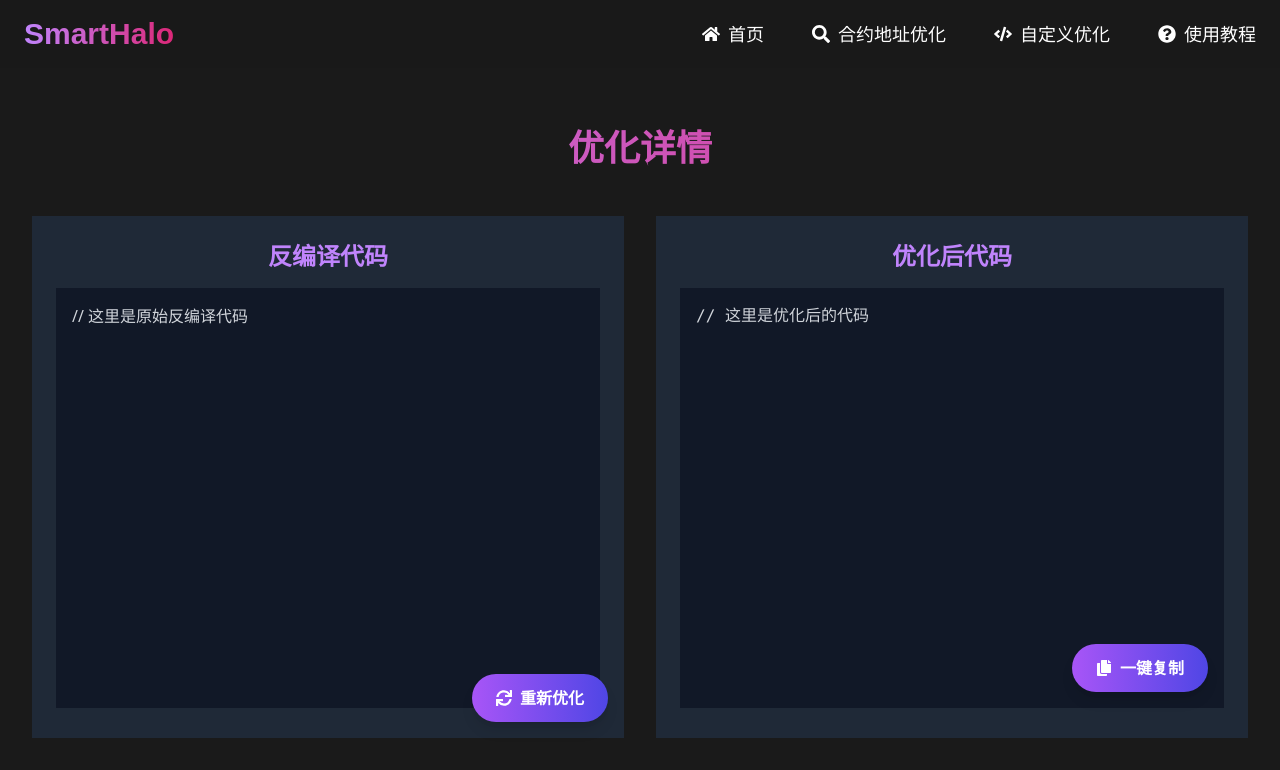
Repository: RunnerQuan/smart-halo
Page: /optimization-details
These files come from the project's save history. The page is drawn as it stood at one moment and after the next save; the edit follows.
The browser window is 1280 px wide. The pictures show the whole page.
The project was rebuilt for these pictures with package versions that can differ from the ones it lists, and the page was loaded fresh each time. The framework's server and built-in components were replaced by stand-ins that run in the browser. Also part of the build but not shown: next.config.mjs.

Above is the page before, as saved 2024-10-18 14:45:02.

### app/optimization-details/page.tsx
"use client";

import { useState } from 'react';
import { motion } from 'framer-motion';
import AnimatedButton from '../../components/ui/animated-button';
import Navbar from '../../components/Navbar';
import { FaCopy, FaSync } from 'react-icons/fa';

export default function OptimizationDetails() {
  const [isCopied, setIsCopied] = useState(false);
  const [originalCode, setOriginalCode] = useState('// 这里是原始反编译代码');
  const [optimizedCode, setOptimizedCode] = useState('// 这里是优化后的代码');

  const handleCopy = () => {
    navigator.clipboard.writeText(optimizedCode);
    setIsCopied(true);
    setTimeout(() => setIsCopied(false), 2000);
  };

  const handleReoptimize = () => {
    // 这里应该是重新优化的逻辑
    console.log("重新优化");
  };

  return (
    <main className="flex min-h-screen flex-col items-center justify-start p-8 bg-[#1A1A1A] text-white font-sans">
      <Navbar />
      <div className="mt-24 w-full max-w-7xl mx-auto">
        <motion.h1
          className="text-4xl font-bold mb-12 text-center text-transparent bg-clip-text bg-gradient-to-r from-purple-400 to-pink-600"
          initial={{ opacity: 0, y: -50 }}
          animate={{ opacity: 1, y: 0 }}
          transition={{ duration: 0.5 }}
        >
          优化详情
        </motion.h1>

        <div className="w-full flex flex-col md:flex-row space-y-8 md:space-y-0 md:space-x-8">
          <motion.div
            className="flex-1 bg-gray-800 rounded-lg p-6 relative"
            initial={{ opacity: 0, x: -50 }}
            animate={{ opacity: 1, x: 0 }}
            transition={{ duration: 0.5, delay: 0.2 }}
          >
            <h2 className="text-2xl font-semibold mb-4 text-purple-400 text-center">反编译代码</h2>
            <textarea
              className="w-full h-[calc(100vh-300px)] bg-gray-900 text-gray-300 p-4 rounded-lg focus:outline-none focus:ring-2 focus:ring-purple-500"
              value={originalCode}
              onChange={(e) => setOriginalCode(e.target.value)}
            ></textarea>
            <div className="absolute bottom-4 right-4">
              <AnimatedButton onClick={handleReoptimize} className="flex items-center">
                <FaSync className="mr-2" />
                重新优化
              </AnimatedButton>
            </div>
          </motion.div>

          <motion.div
            className="flex-1 bg-gray-800 rounded-lg p-6"
            initial={{ opacity: 0, x: 50 }}
            animate={{ opacity: 1, x: 0 }}
            transition={{ duration: 0.5, delay: 0.4 }}
          >
            <h2 className="text-2xl font-semibold mb-4 text-purple-400 text-center">优化后代码</h2>
            <div className="relative">
              <pre className="w-full h-[calc(100vh-300px)] bg-gray-900 text-gray-300 p-4 rounded-lg overflow-auto">
                {optimizedCode}
              </pre>
              <div className="absolute bottom-4 right-4">
                <AnimatedButton onClick={handleCopy} className="flex items-center">
                  <FaCopy className="mr-2" />
                  一键复制
                </AnimatedButton>
              </div>
            </div>
          </motion.div>
        </div>

        {isCopied && (
          <motion.div
            className="fixed bottom-8 right-8 bg-green-500 text-white px-4 py-2 rounded-lg shadow-lg"
            initial={{ opacity: 0, y: 50 }}
            animate={{ opacity: 1, y: 0 }}
            exit={{ opacity: 0, y: 50 }}
          >
            优化后代码已复制到剪贴板
          </motion.div>
        )}
      </div>
    </main>
  );
}

### app/globals.css
@import url('https://fonts.googleapis.com/css2?family=Roboto:wght@300;400;500;700&display=swap');

@tailwind base;
@tailwind components;
@tailwind utilities;

:root {
  --foreground-rgb: 255, 255, 255;
  --background-start-rgb: 42, 42, 42;
  --background-end-rgb: 42, 42, 42;
}

body {
  color: rgb(var(--foreground-rgb));
  background: linear-gradient(
      to bottom,
      transparent,
      rgb(var(--background-end-rgb))
    )
    rgb(var(--background-start-rgb));
  font-family: 'Roboto', sans-serif;
}

### components/ui/animated-button.tsx
import React from 'react';

interface AnimatedButtonProps extends React.ButtonHTMLAttributes<HTMLButtonElement> {
  children: React.ReactNode;
}

const AnimatedButton: React.FC<AnimatedButtonProps> = ({ children, className, ...props }) => {
  return (
    <button
      className={`
        px-6 py-3 rounded-full text-white font-semibold
        bg-gradient-to-r from-purple-500 to-indigo-600
        hover:from-purple-600 hover:to-indigo-700
        transform hover:scale-105 transition duration-300 ease-in-out
        focus:outline-none focus:ring-2 focus:ring-purple-500 focus:ring-opacity-50
        shadow-lg hover:shadow-xl
        ${className}
      `}
      {...props}
    >
      {children}
    </button>
  );
};

export default AnimatedButton;

### components/Navbar.tsx
import Link from "next/link";
import { FaHome, FaCode, FaSearch, FaQuestionCircle } from 'react-icons/fa';

const navItems = [
  { name: '首页', href: '/', icon: <FaHome className="mr-2" /> },
  { name: '合约地址优化', href: '/contract-optimization', icon: <FaSearch className="mr-2" /> },
  { name: '自定义优化', href: '/custom-optimization', icon: <FaCode className="mr-2" /> },
  { name: '使用教程', href: '/help', icon: <FaQuestionCircle className="mr-2" /> },
];

export default function Navbar() {
  return (
    <nav className="fixed top-0 left-0 right-0 z-10 bg-[#1A1A1A] bg-opacity-80 backdrop-filter backdrop-blur-lg">
      <div className="container mx-auto px-6 py-4 flex justify-between items-center">
        <Link href="/" className="flex items-center">
          <span className="text-3xl font-bold bg-clip-text text-transparent bg-gradient-to-r from-purple-400 to-pink-600 font-tech">
            SmartHalo
          </span>
        </Link>
        <div className="hidden md:flex items-center space-x-12 text-lg">
          {navItems.map((item) => (
            <Link key={item.name} href={item.href} className="flex items-center">
              <span className="flex items-center">
                {item.icon}
                {item.name}
              </span>
            </Link>
          ))}
        </div>
      </div>
    </nav>
  );
}

### tailwind.config.js
module.exports = {
    darkMode: ['class'],
    content: [
    './pages/**/*.{js,ts,jsx,tsx,mdx}',
    './components/**/*.{js,ts,jsx,tsx,mdx}',
    './app/**/*.{js,ts,jsx,tsx,mdx}',
  ],
  theme: {
  	extend: {
  		fontFamily: {
  			harmonyos: ['HarmonyOS Sans', 'sans-serif'],
  			song: ['Noto Serif SC', 'serif'],
  			'noto-sans': ['Noto Sans SC', 'sans-serif'],
  			'tech': ['Orbitron', 'sans-serif']
  		},
  		backgroundImage: {
  			'gradient-radial': 'radial-gradient(var(--tw-gradient-stops))',
  			'gradient-conic': 'conic-gradient(from 180deg at 50% 50%, var(--tw-gradient-stops))'
  		},
  		borderRadius: {
  			lg: 'var(--radius)',
  			md: 'calc(var(--radius) - 2px)',
  			sm: 'calc(var(--radius) - 4px)'
  		},
  		colors: {
  			background: 'hsl(var(--background))',
  			foreground: 'hsl(var(--foreground))',
  			card: {
  				DEFAULT: 'hsl(var(--card))',
  				foreground: 'hsl(var(--card-foreground))'
  			},
  			popover: {
  				DEFAULT: 'hsl(var(--popover))',
  				foreground: 'hsl(var(--popover-foreground))'
  			},
  			primary: {
  				DEFAULT: 'hsl(var(--primary))',
  				foreground: 'hsl(var(--primary-foreground))'
  			},
  			secondary: {
  				DEFAULT: 'hsl(var(--secondary))',
  				foreground: 'hsl(var(--secondary-foreground))'
  			},
  			muted: {
  				DEFAULT: 'hsl(var(--muted))',
  				foreground: 'hsl(var(--muted-foreground))'
  			},
  			accent: {
  				DEFAULT: 'hsl(var(--accent))',
  				foreground: 'hsl(var(--accent-foreground))'
  			},
  			destructive: {
  				DEFAULT: 'hsl(var(--destructive))',
  				foreground: 'hsl(var(--destructive-foreground))'
  			},
  			border: 'hsl(var(--border))',
  			input: 'hsl(var(--input))',
  			ring: 'hsl(var(--ring))',
  			chart: {
  				'1': 'hsl(var(--chart-1))',
  				'2': 'hsl(var(--chart-2))',
  				'3': 'hsl(var(--chart-3))',
  				'4': 'hsl(var(--chart-4))',
  				'5': 'hsl(var(--chart-5))'
  			}
  		},
  		animation: {
  			pulse: 'pulse var(--duration) ease-out infinite'
  		},
  		keyframes: {
  			pulse: {
  				'0%, 100%': {
  					boxShadow: '0 0 0 0 var(--pulse-color)'
  				},
  				'50%': {
  					boxShadow: '0 0 0 8px var(--pulse-color)'
  				}
  			}
  		}
  	}
  },
  plugins: [require("tailwindcss-animate")],
}

Loaded but not shown: app/layout.tsx (common file)

After the next save:
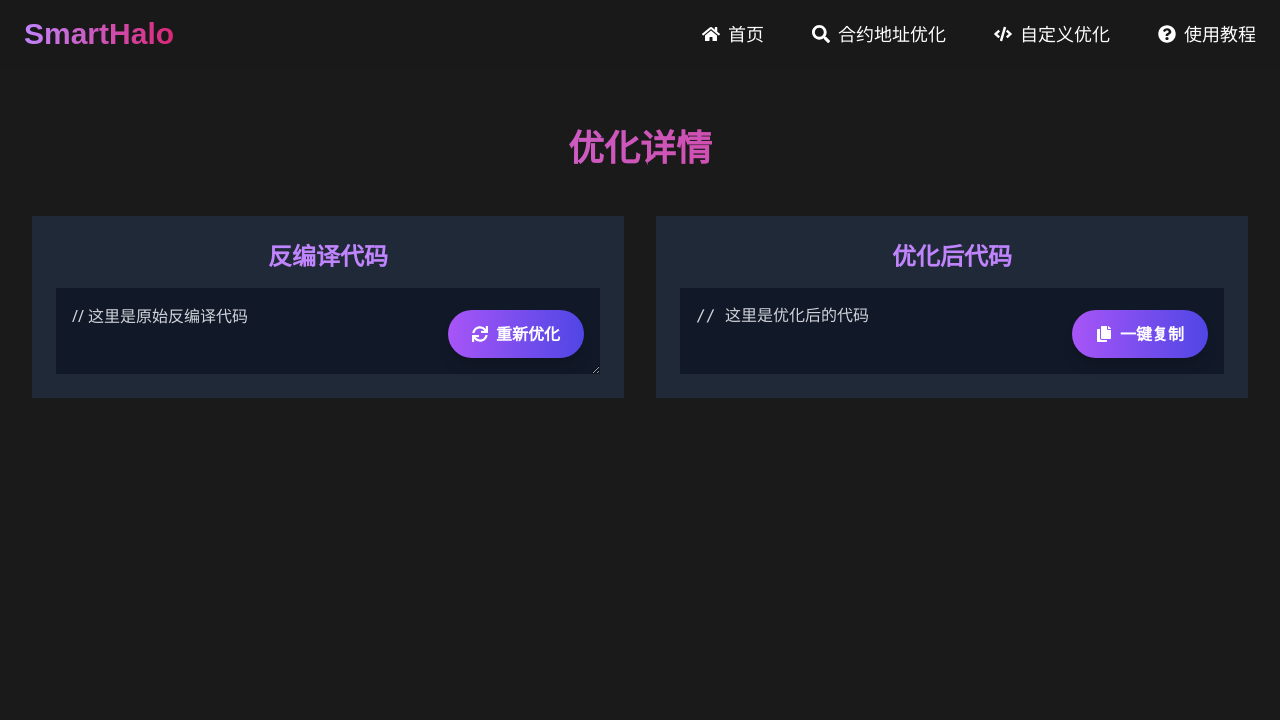
Saved 68 s later.
--- a/app/optimization-details/page.tsx
+++ b/app/optimization-details/page.tsx
@@ -1,3 +1,97 @@
+// "use client";
+
+// import { useState } from 'react';
+// import { motion } from 'framer-motion';
+// import AnimatedButton from '../../components/ui/animated-button';
+// import Navbar from '../../components/Navbar';
+// import { FaCopy, FaSync } from 'react-icons/fa';
+
+// export default function OptimizationDetails() {
+//   const [isCopied, setIsCopied] = useState(false);
+//   const [originalCode, setOriginalCode] = useState('// 这里是原始反编译代码');
+//   const [optimizedCode, setOptimizedCode] = useState('// 这里是优化后的代码');
+
+//   const handleCopy = () => {
+//     navigator.clipboard.writeText(optimizedCode);
+//     setIsCopied(true);
+//     setTimeout(() => setIsCopied(false), 2000);
+//   };
+
+//   const handleReoptimize = () => {
+//     // 这里应该是重新优化的逻辑
+//     console.log("重新优化");
+//   };
+
+//   return (
+//     <main className="flex min-h-screen flex-col items-center justify-start p-8 bg-[#1A1A1A] text-white font-sans">
+//       <Navbar />
+//       <div className="mt-24 w-full max-w-7xl mx-auto">
+//         <motion.h1
+//           className="text-4xl font-bold mb-12 text-center text-transparent bg-clip-text bg-gradient-to-r from-purple-400 to-pink-600"
+//           initial={{ opacity: 0, y: -50 }}
+//           animate={{ opacity: 1, y: 0 }}
+//           transition={{ duration: 0.5 }}
+//         >
+//           优化详情
+//         </motion.h1>
+
+//         <div className="w-full flex flex-col md:flex-row space-y-8 md:space-y-0 md:space-x-8">
+//           <motion.div
+//             className="flex-1 bg-gray-800 rounded-lg p-6 relative"
+//             initial={{ opacity: 0, x: -50 }}
+//             animate={{ opacity: 1, x: 0 }}
+//             transition={{ duration: 0.5, delay: 0.2 }}
+//           >
+//             <h2 className="text-2xl font-semibold mb-4 text-purple-400 text-center">反编译代码</h2>
+//             <textarea
+//               className="w-full h-[calc(100vh-300px)] bg-gray-900 text-gray-300 p-4 rounded-lg focus:outline-none focus:ring-2 focus:ring-purple-500"
+//               value={originalCode}
+//               onChange={(e) => setOriginalCode(e.target.value)}
+//             ></textarea>
+//             <div className="absolute bottom-4 right-4">
+//               <AnimatedButton onClick={handleReoptimize} className="flex items-center">
+//                 <FaSync className="mr-2" />
+//                 重新优化
+//               </AnimatedButton>
+//             </div>
+//           </motion.div>
+
+//           <motion.div
+//             className="flex-1 bg-gray-800 rounded-lg p-6"
+//             initial={{ opacity: 0, x: 50 }}
+//             animate={{ opacity: 1, x: 0 }}
+//             transition={{ duration: 0.5, delay: 0.4 }}
+//           >
+//             <h2 className="text-2xl font-semibold mb-4 text-purple-400 text-center">优化后代码</h2>
+//             <div className="relative">
+//               <pre className="w-full h-[calc(100vh-300px)] bg-gray-900 text-gray-300 p-4 rounded-lg overflow-auto">
+//                 {optimizedCode}
+//               </pre>
+//               <div className="absolute bottom-4 right-4">
+//                 <AnimatedButton onClick={handleCopy} className="flex items-center">
+//                   <FaCopy className="mr-2" />
+//                   一键复制
+//                 </AnimatedButton>
+//               </div>
+//             </div>
+//           </motion.div>
+//         </div>
+
+//         {isCopied && (
+//           <motion.div
+//             className="fixed bottom-8 right-8 bg-green-500 text-white px-4 py-2 rounded-lg shadow-lg"
+//             initial={{ opacity: 0, y: 50 }}
+//             animate={{ opacity: 1, y: 0 }}
+//             exit={{ opacity: 0, y: 50 }}
+//           >
+//             优化后代码已复制到剪贴板
+//           </motion.div>
+//         )}
+//       </div>
+//     </main>
+//   );
+// }
+
 "use client";
 
 import { useState } from 'react';
@@ -37,34 +131,36 @@ export default function OptimizationDetails() {
 
         <div className="w-full flex flex-col md:flex-row space-y-8 md:space-y-0 md:space-x-8">
           <motion.div
-            className="flex-1 bg-gray-800 rounded-lg p-6 relative"
+            className="flex-1 bg-gray-800 rounded-lg p-6 relative flex flex-col"
             initial={{ opacity: 0, x: -50 }}
             animate={{ opacity: 1, x: 0 }}
             transition={{ duration: 0.5, delay: 0.2 }}
           >
             <h2 className="text-2xl font-semibold mb-4 text-purple-400 text-center">反编译代码</h2>
-            <textarea
-              className="w-full h-[calc(100vh-300px)] bg-gray-900 text-gray-300 p-4 rounded-lg focus:outline-none focus:ring-2 focus:ring-purple-500"
-              value={originalCode}
-              onChange={(e) => setOriginalCode(e.target.value)}
-            ></textarea>
-            <div className="absolute bottom-4 right-4">
-              <AnimatedButton onClick={handleReoptimize} className="flex items-center">
-                <FaSync className="mr-2" />
-                重新优化
-              </AnimatedButton>
+            <div className="relative flex-1">
+              <textarea
+                className="w-full h-full bg-gray-900 text-gray-300 p-4 rounded-lg focus:outline-none focus:ring-2 focus:ring-purple-500"
+                value={originalCode}
+                onChange={(e) => setOriginalCode(e.target.value)}
+              ></textarea>
+              <div className="absolute bottom-4 right-4">
+                <AnimatedButton onClick={handleReoptimize} className="flex items-center">
+                  <FaSync className="mr-2" />
+                  重新优化
+                </AnimatedButton>
+              </div>
             </div>
           </motion.div>
 
           <motion.div
-            className="flex-1 bg-gray-800 rounded-lg p-6"
+            className="flex-1 bg-gray-800 rounded-lg p-6 relative flex flex-col"
             initial={{ opacity: 0, x: 50 }}
             animate={{ opacity: 1, x: 0 }}
             transition={{ duration: 0.5, delay: 0.4 }}
           >
             <h2 className="text-2xl font-semibold mb-4 text-purple-400 text-center">优化后代码</h2>
-            <div className="relative">
-              <pre className="w-full h-[calc(100vh-300px)] bg-gray-900 text-gray-300 p-4 rounded-lg overflow-auto">
+            <div className="relative flex-1">
+              <pre className="w-full h-full bg-gray-900 text-gray-300 p-4 rounded-lg overflow-auto">
                 {optimizedCode}
               </pre>
               <div className="absolute bottom-4 right-4">
